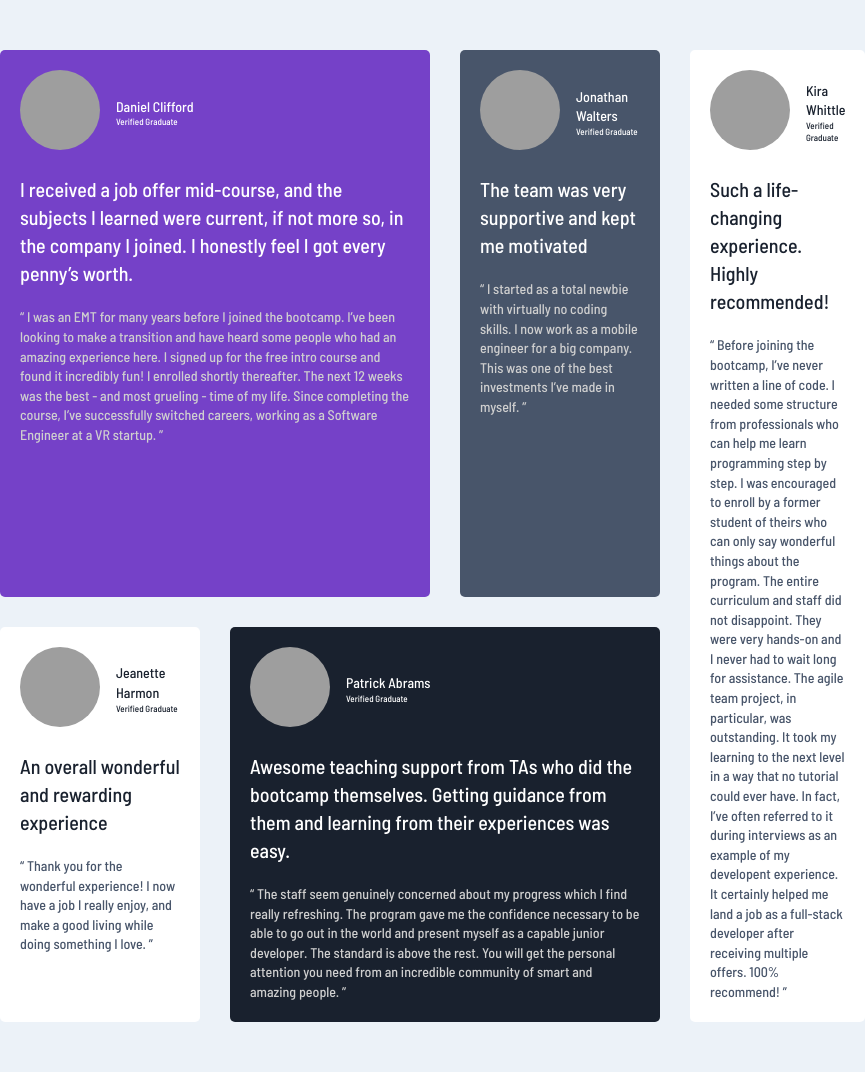
Repository: nptg3105/lab02-testimonials-grid
Page: index.html
The author's editor kept a copy of each file at every save. The page is drawn from the files as they stood at one save, then again after the next save.
The browser window is 768 px wide. The page is 865 px wide, then 768 px, so the pictures cover 865 px, including what lies to the right of the window. The pictures show the whole page.
Pictures or frames that could not be fetched are drawn as grey boxes. The style sheet was rebuilt from its Sass, Less or Tailwind sources for each picture, by a compiler version that may differ from the author's.

Above is the page before, as saved 2021-12-08 22:28:00.

After the next save:
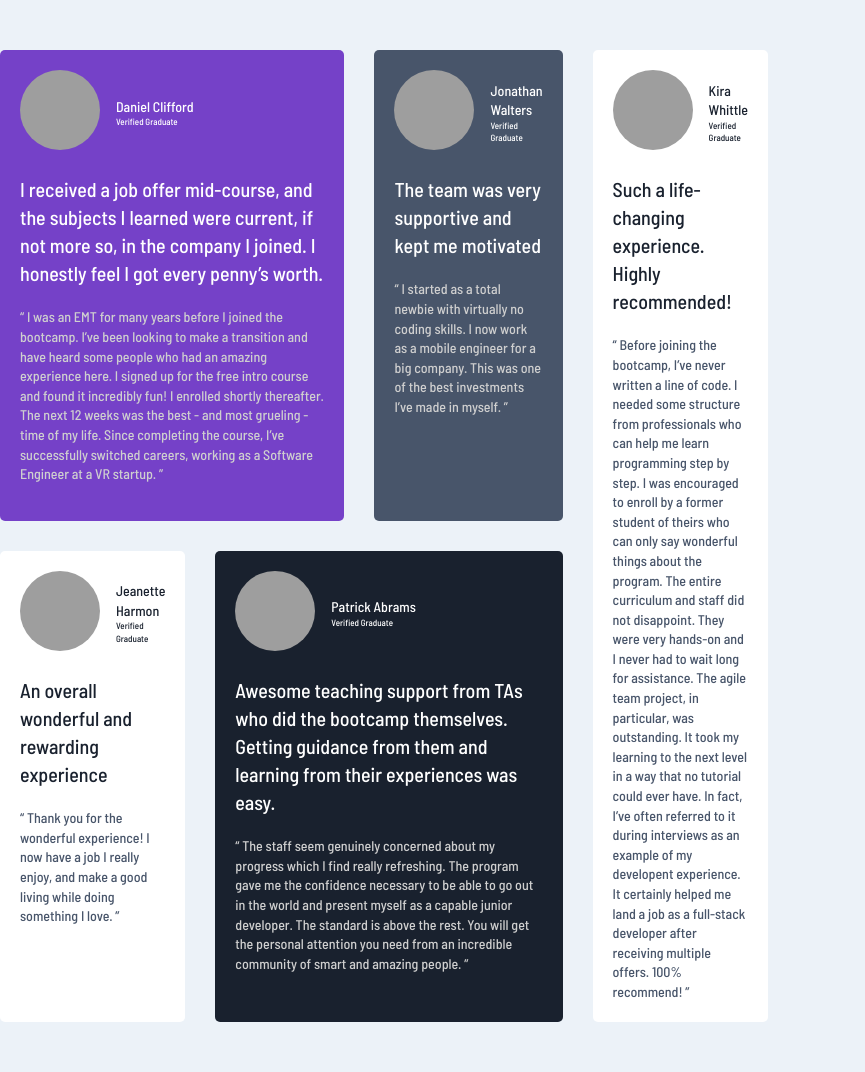
Saved 7 h 26 min later.
--- a/style.scss
+++ b/style.scss
@@ -116,15 +116,3 @@ body {
     }
 
 }
-
-@media (max-width: 996px) {
-    .container {
-        max-width: 850px;
-        margin: 50px auto;
-    }
-
-    .testimonials {
-        grid-template-columns: repeat(auto-fill, minmax(200px, 1fr));
-        grid-template-rows: repeat(auto-fill, minmax(150px, 1fr));
-    }
-}
